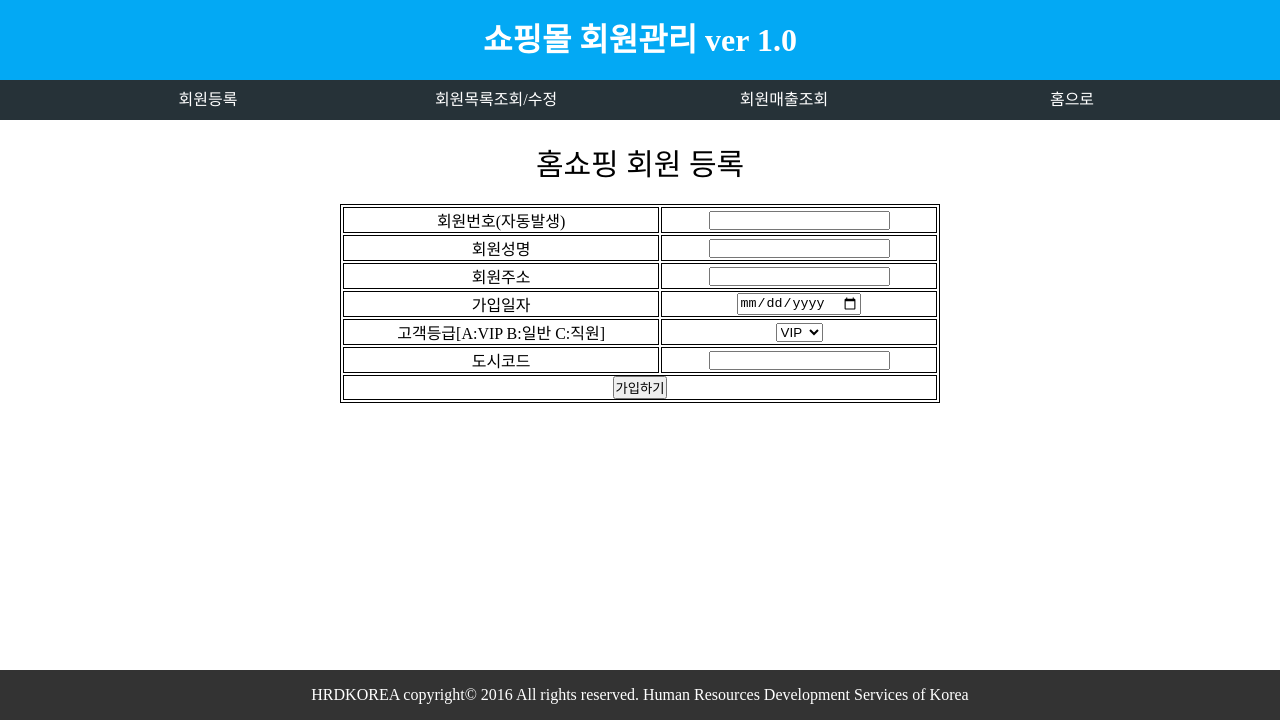
Repository: choiyuhee0722/two-crud
Page: http://localhost/HRD_000/WEB-INF/view/memberInput.jsp
An editor plug-in stored every save of this project. The page is shown before and after a run of saves, followed by the edit.
The browser window is 1280 px wide. The pictures show the whole page.
The page is served by Tomcat 9. Nobody is signed in. Other server files are loaded and not shown. The template is opened directly, without the code that normally fills it, so the values that code supplies are empty.

Above is the page before, as saved 2024-03-27 12:07:32.
Console error: SyntaxError: Unexpected identifier 'checkForm'

### HRD_000/src/main/webapp/WEB-INF/view/memberInput.jsp
<%@ page language="java" contentType="text/html; charset=UTF-8"
    pageEncoding="UTF-8"%>

<jsp:include page="master/header.jsp"/>

    <section>
    <div class="container">
    	<p class="title">홈쇼핑 회원 등록</p>
    	<form action="/memberInsert" method="post" name="frm">
    		<table width="600px">
    			<tr>
    				<td>회원번호(자동발생)</td>
    				<td><input type="number" value="${custno}" name="custno" id="custno" readonly="readonly"></td>
    			</tr>
    			<tr>
    				<td>회원성명</td>
    				<td><input type="text" id="phone" name="phone"></td>
    			</tr>
    			<tr>
    				<td>회원주소</td>
    				<td><input type="text" id="address" name="address"></td>
    			</tr>
    			<tr>
    				<td>가입일자</td>
    				<td><input type="date" id="joindate" name="joindate"></td>
    			</tr>
    			<tr>
    				<td>고객등급[A:VIP B:일반 C:직원]</td>
    				<td><select id="grade" name="grade">
    					<option value="A">VIP</option>
    					<option value="B">일반</option>
    					<option value="C">직원</option>
    					</select>
    				</td>
    			</tr>
    			<tr>
    				<td>도시코드</td>
    				<td><input type="text" id="city" name=""city""></td>
    			</tr>
    			<tr>
    				<td colspan="2" align="center"><input type="submit" value="가입하기" onclick="return checkForm()"></td>
    			</tr>
    		</table>
    	</form>
    </div>
    </section>
<script>
	fuction checkForm(){
		if(document.frm.custname.value.trim()==""){
				alert('회원성명을 입력하세요.');
				document.frm.custname.focus();
				return false;
		}
		if(document.frm.phone.value.trim()==""){
				alert('회원전화을 입력하세요.');
				document.frm.phone.focus();
				return false;
		}
		if(document.frm.address.value.trim()==""){
				alert('회원주소을 입력하세요.');
				document.frm.address.focus();
				return false;
		}
		if(document.frm.joindate.value.trim()==""){
				alert('가입일자를 입력하세요.');
				document.frm.joindate.focus();
				return false;
		}
		if(document.frm.grade.value.trim()==""){
				alert('고객등급을 입력하세요.');
				document.frm.grade.focus();
				return false;
		}
		if(document.frm.city.value.trim()==""){
				alert('도시코드를 입력하세요.');
				document.frm.city.focus();
				return false;
		}
		document.frm.submit();
	}
</script>
<jsp:include page="master/footer.jsp"/>

### HRD_000/src/main/webapp/WEB-INF/view/master/header.jsp
<%@ page language="java" contentType="text/html; charset=EUC-KR"
    pageEncoding="UTF-8"%>
<!DOCTYPE html>
<html>
<head>
	<meta charset="UTF-8">
	<title>쇼핑몰 회원관리</title>
	<link rel="stylesheet" href="/css/style.css?after">
</head>
<body>
	<!-- header -->
	<header>
		<h1>쇼핑몰 회원관리 ver 1.0</h1>
	</header>
	<!-- //header -->

	<!-- nav -->
	<nav>
			<ul>
					<li><a href="/memberInsert">회원등록</a></li>
					<li><a href="/memberList">회원목록조회/수정</a></li>
					<li><a href="/memberMoneyList">회원매출조회</a></li>
					<li><a href="/">홈으로</a></li>
			</ul>
	</nav>
	<!--// nav -->
</body>
</html>

### HRD_000/src/main/webapp/WEB-INF/view/master/footer.jsp
<%@ page language="java" contentType="text/html; charset=EUC-KR"
    pageEncoding="UTF-8"%>
	<!-- footer -->
	<footer>
		HRDKOREA copyright&copy; 2016 All rights reserved.
		Human Resources Development Services of Korea
	</footer>
	<!-- //footer -->
</body>
</html>

### HRD_000/src/main/webapp/css/style.css
/* init */
*{
		padding: 0;
		margin: 0 auto;
}
ul{
		list-style: none;
}
a{
		color: inherit;
		text-decoration: none;
}

/*header*/
header{
		width: 100%;
		height: 80px;
		background-color: #03A9F4;
		text-align: center;
		line-height: 80px;
		color: white;
}

/*nav*/
nav{
		width: 100%;
		height: 40px;
		background: #263238;
		text-align: center;
		line-height: 40px;
		color: white;
}
nav > ul{
		width: 90%;
}
nav > ul > li{
		width: 25%;
		float: left;
}

/*section*/
section{
		width: 100%;
}
section > .container{
		padding: 20px;
		margin: 0 auto;
}
section > .container .title{
		font-size: 30px;
		text-align: center;
		margin-bottom: 20px;
}
table,th,td{
		border: 1px solid black;
		text-align: center;
}
/*footer*/
footer{
		width: 100%;
		height: 50px;
		line-height: 50px;
		text-align: center;
		background: #333;
		color: white;
		position: absolute;
		bottom: 0;
}
/*footer*/

After the next 2 saves:
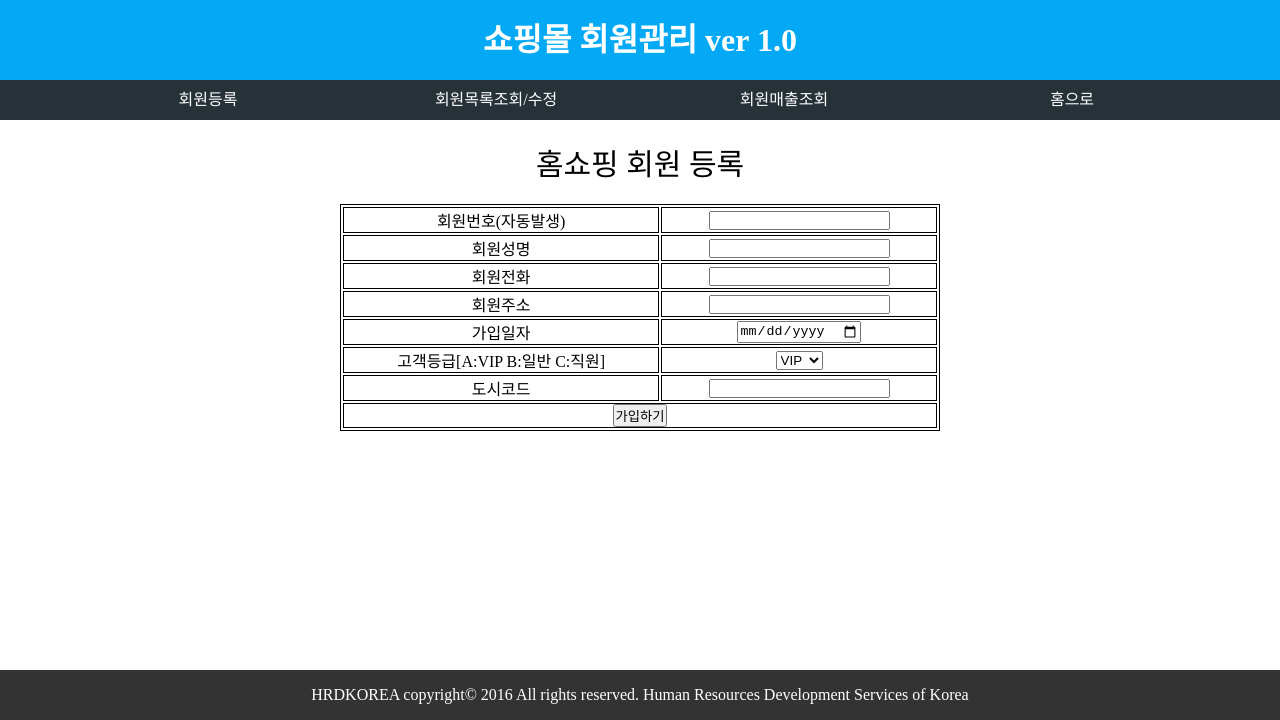
The 2 saves are shown as one change because they came seconds apart.
The last was saved 85 s later.
--- a/HRD_000/src/main/webapp/WEB-INF/view/memberInput.jsp
+++ b/HRD_000/src/main/webapp/WEB-INF/view/memberInput.jsp
@@ -14,6 +14,10 @@
     			</tr>
     			<tr>
     				<td>회원성명</td>
+    				<td><input type="text" id="custname" name="custname"></td>
+    			</tr>
+    			<tr>
+    				<td>회원전화</td>
     				<td><input type="text" id="phone" name="phone"></td>
     			</tr>
     			<tr>
